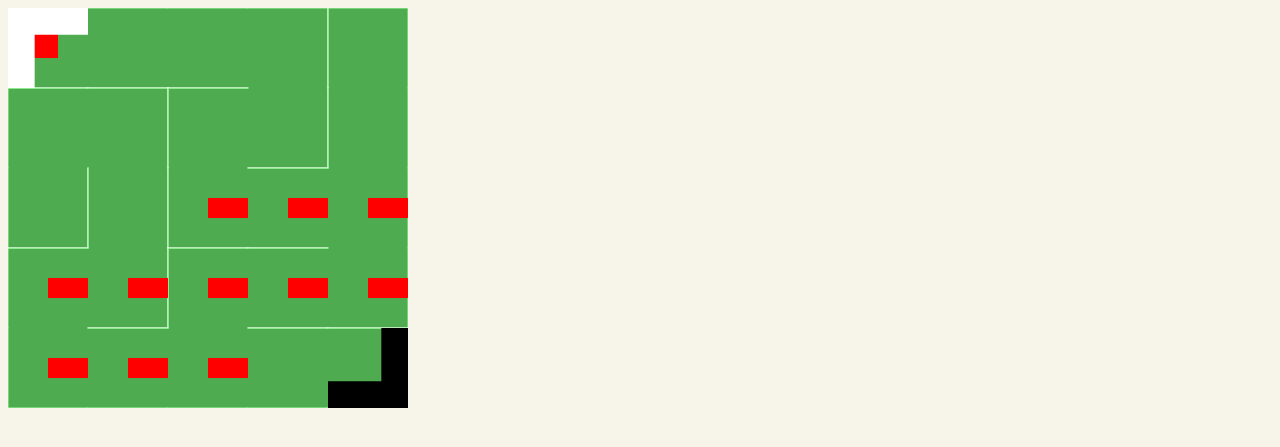
Repository: animarcus/maze-generator
Page: index.html
The author's editor kept a copy of each file at every save. The page is drawn from the files as they stood at one save, then again after the next save.
The browser window is 1280 px wide. The pictures show the whole page.
Some web libraries are served in a nearby version.

Above is the page before, as saved 2020-09-12 20:02:02.

### index.html
<!DOCTYPE html>
<html lang="en">
<head>
  <link rel="apple-touch-icon" sizes="180x180" href="/icons/apple-touch-icon.png">
  <link rel="icon" type="image/png" sizes="32x32" href="/icons/favicon-32x32.png">
  <link rel="icon" type="image/png" sizes="16x16" href="/icons/favicon-16x16.png">
  <link rel="manifest" href="/icons/site.webmanifest">
  <link rel="mask-icon" href="/icons/safari-pinned-tab.svg" color="#5bbad5">
  <link rel="shortcut icon" href="/icons/favicon.ico">
  <meta name="msapplication-TileColor" content="#da532c">
  <meta name="msapplication-config" content="/icons/browserconfig.xml">
  <meta name="theme-color" content="#ffffff">

  <script type="text/javascript" src="https://cdn.jsdelivr.net/npm/p5@1.1.4/lib/p5.min.js"></script>
  <script src="js/cell.js"></script>
  <script src="js/sketch.js"></script>
  <script src="js/solver.js"></script>


  <link rel="stylesheet" href="css/style.css">
  <meta charset="UTF-8">
  <meta name="viewport" content="width=device-width, initial-scale=1.0, maximum-scale=1.0, user-scalable=0">
  <title>Maze Generator</title>
</head>
<body>
</body>
</html>

### js/cell.js
class Cell {
  constructor(i, j) {
    this.i = i;
    this.j = j;
    this.walls = [true,true,true,true];
    this.visited = false;
  }
  checkNeighbors() {
    let neighbors = [];
    // console.log(index(i+1  , j   ));
    let top     = grid[index(this.i    , this.j-1 )];
    let right   = grid[index(this.i+1  , this.j   )];
    let bottom  = grid[index(this.i    , this.j +1)];
    let left    = grid[index(this.i-1  , this.j   )];
    if (top && !top.visited) {
      neighbors.push(top);
    }
    if (right && !right.visited) {
      neighbors.push(right);
    }
    if (bottom && !bottom.visited) {
      neighbors.push(bottom);
    }
    if (left && !left.visited) {
      neighbors.push(left);
    }
    if (neighbors.length > 0) {
      let r = floor(Math.random() * neighbors.length);
      return neighbors[r];
    } else {
      return undefined;
    }
  }
  highlight() {
    let x = this.i * w;
    let y = this.j * w;
    fill(150, 0, 0, 255);
    noStroke();
    rect(x, y, w, w);
  }
  show() {
    let x = this.i*w;
    let y = this.j*w;
    stroke(255);
    if (this.walls[0]) {
      line(x,y,x+w,y);
    }
    if (this.walls[1]) {
      line(x+w,y,x+w,y+w);
    }
    if (this.walls[2]) {
      line(x+w,y+w,x,y+w);
    }
    if (this.walls[3]) {
      line(x,y+w,x,y);
    }
    if (this.visited) {
      noStroke();
      fill(100, 255, 100, 150);
      rect(x, y, w, w);
    }
  }
}

### js/sketch.js



let cols, rows;
let w = 80;
let grid = [];
let current;
let stack = [new Cell(0, 0)];

let generated;
let solveOK;

let exitPoint;

let solvedPath = [];

function setup() {
  createCanvas(400,400);
  cols = floor(width/w);
  rows = floor(width/w);
  console.log(rows, cols);
  exitPoint = [rows-1,cols-1];

  // frameRate(7);

  generated = false;
  solveOK = false;

  for (let j = 0; j < rows; j++) {
    for (let i = 0; i < cols; i++) {
      let cell = new Cell(i,j);
      grid.push(cell);
    }
  }
  current = grid[0];
}

function draw() {
  background(51);
  for (let i = 0; i < grid.length; i++) {
    grid[i].show();
  }
  solvedPath.forEach(maze.drawSolvedPath);

  if (!generated) {
    maze.generateMaze();
  } else if (solveOK) {
    if (solver.i === exitPoint[0] && solver.j === exitPoint[1]) {
      solver.i = 0;
      solver.j = 0;
    } else {
      maze.solveMaze();
    }
  }
}


let maze = {
  generateMaze : function() {
    current.visited = true;
    current.highlight();
    let next = current.checkNeighbors();
    // console.log(stack);
    if (next) {
      next.visited = true;
      //step 2
      stack.push(next);
      //step 3
      removeWalls(current, next);
      //step 4
      current = next;
    } else if (stack.length > 0) {
      current = stack.pop();
      if (stack.length == 0) {
        frameRate(3);
        solver = new Solver(2, 2);
        generated = true;

        solveOK = true;
      }
    }
  },
  solveMaze : function() {
    // grid[0].highlight();
    noStroke();
    fill(color("white"));
    rect(grid[0].i, grid[0].j, w/3, w);
    rect(grid[0].i, grid[0].j, w, w/3);
    fill(color("black"));
    rect(grid[grid.length-1].i*w + w, grid[grid.length-1].j*w + w, -w/3, -w);
    rect(grid[grid.length-1].i*w + w, grid[grid.length-1].j*w + w, -w, -w/3);

    fill(color("red"));
    // rect(solver.i+w/10,solver.j+w/10,w-w/5,w-w/5);
    solver.draw();
    solver.move();
  },
  drawSolvedPath : function(coords, index) {
    rect(0, 0, 50,50)
    let x = coords.i;
    let y = coords.j;
    console.log(" ");
    console.log(x, y);
    fill(color("red"));
    // x + w/2, y + w/2-w/8, w/2, w/4
    rect(x + w/2, y + w/2-w/8, w/2, w/4);
  }
};


function index(i, j) {
  if (i < 0 || j < 0 || i > cols-1 || j > rows-1) {
    return -1;
  }
  return i + j * cols;
}


function removeWalls(a, b) {
  let x = a.i - b.i;
  if (x === 1) {
    a.walls[3] = false;
    b.walls[1] = false;
  } else if (x == -1) {
    a.walls[1] = false;
    b.walls[3] = false;
  }

  let y = a.j - b.j;
  if (y === 1) {
    a.walls[0] = false;
    b.walls[2] = false;
  } else if (y === -1) {
    a.walls[2] = false;
    b.walls[0] = false;
  }

}

### js/solver.js
let facing;
class Solver {
  constructor(x, y) {
    this.i = x;
    this.j = y;
    this.direction = 1; // up-right-down-left
  }
  draw() {
    this.current = grid[index(this.i, this.j)];

    fill(color("red"));
    // this.direction = Math.abs(this.direction);
    let x = this.i*w;
    let y = this.j*w;
    if (this.direction % 4 === 0) {
      this.facing = grid[index(this.i, this.j-1)];
      rect(x + w/2-w/8, y + w/2, w/4, -w/2);
    } else if (this.direction % 4 === 1) {
      rect(x + w/2, y + w/2-w/8, w/2, w/4);
      this.facing = grid[index(this.i+1, this.j)];
    } else if (this.direction % 4 === 2) {
      rect(x + w/2-w/8, y + w/2, w/4, w/2);
      this.facing = grid[index(this.i, this.j+1)];
    } else if (this.direction % 4 === 3) {
      rect(x + w/2, y + w/2-w/8, -w/2, w/4);
      this.facing = grid[index(this.i-1, this.j)];
    }
  }
  move() {
    solvedPath.push({"i" : this.i*w, "j" : this.j*w});
    // console.log(" ");
    if (this.current.walls[solveDirection(this.direction)] ||
        (this.facing.i === undefined || this.facing.j === undefined)) {//iswallfront
      // console.log("wall in front"); // wall in front

      if (this.current.walls[solveDirection(this.direction + 1)]) {//iswallright
        // console.log("wall on right", solveDirection(this.direction -1)); // wall on right
        if (this.current.walls[solveDirection(this.direction - 1)]) { //iswallleft
          // console.log("wall on left");
          this.direction += 1;//turn right
        } else {
          this.direction -= 1;//turn left
        }

      } else { //turn right
        this.direction += 1;
      }
    } else {//nowallfront
      this.i = this.facing.i;
      this.j = this.facing.j;
      this.current = grid[index(this.i, this.j)];
      if (!this.current.walls[solveDirection(this.direction + 1)]) {
        this.direction += 1;
      }
    }
    // up wall check : this.current.walls[0] && this.facing.walls[2]
    // right wall check : this.current.walls[1] && this.facing.walls[3]
    // down wall check : this.current.walls[2] && this.facing.walls[0]
    // left wall check : this.current.walls[3] && this.facing.walls[1]
  }
}


function solveDirection(dir) {
  if (dir < 0) {
    dir += 4;
  }
  if (dir % 4 === 0) {
    dir = 0;
  } else if (dir % 4 === 1) {
    dir = 1;
  } else if (dir % 4 === 2) {
    dir = 2;
  } else if (dir % 4 === 3) {
    dir = 3;
  }
  return dir;
}

### css/style.css
* {
  cursor: default;
  /* -webkit-touch-callout: none;
  -webkit-user-select: none;
  -khtml-user-select: none;
  -moz-user-select: none;
  -ms-user-select: none;
  user-select: none; */
}
body {
  background: #f7f4ea;
  height: 100%;
  overflow-y: hidden;
  overflow-x: hidden;
  /* border-radius: 50%; */
}

/* p {
  position: absolute;
  top:50%;
  left:50%;
  transform: translate(-50%,-50%);
} */

After the next save:
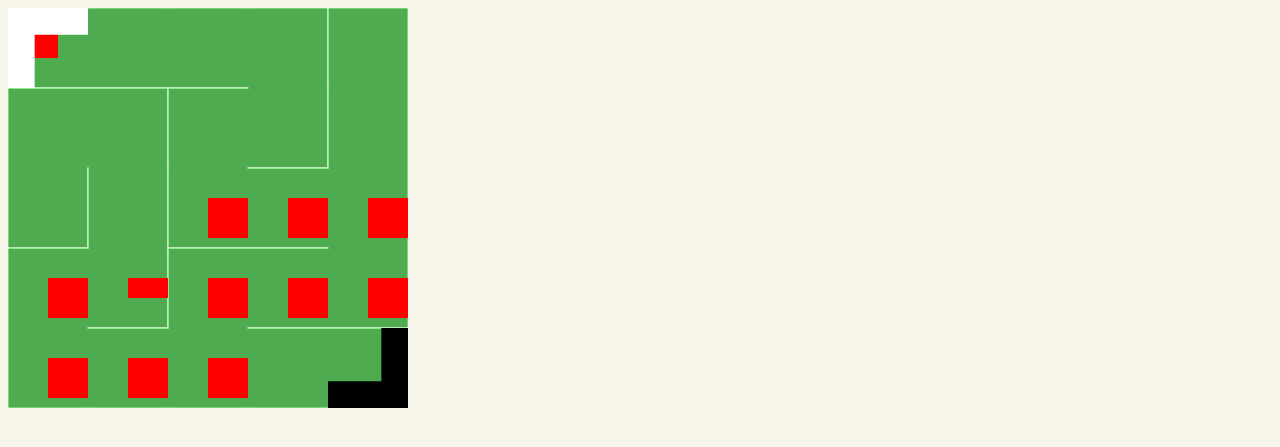
Saved 8 s later.
--- a/js/sketch.js
+++ b/js/sketch.js
@@ -103,7 +103,7 @@ let maze = {
     console.log(x, y);
     fill(color("red"));
     // x + w/2, y + w/2-w/8, w/2, w/4
-    rect(x + w/2, y + w/2-w/8, w/2, w/4);
+    rect(x + w/2, y + w/2-w/8, w/2, w/2);
   }
 };
 
